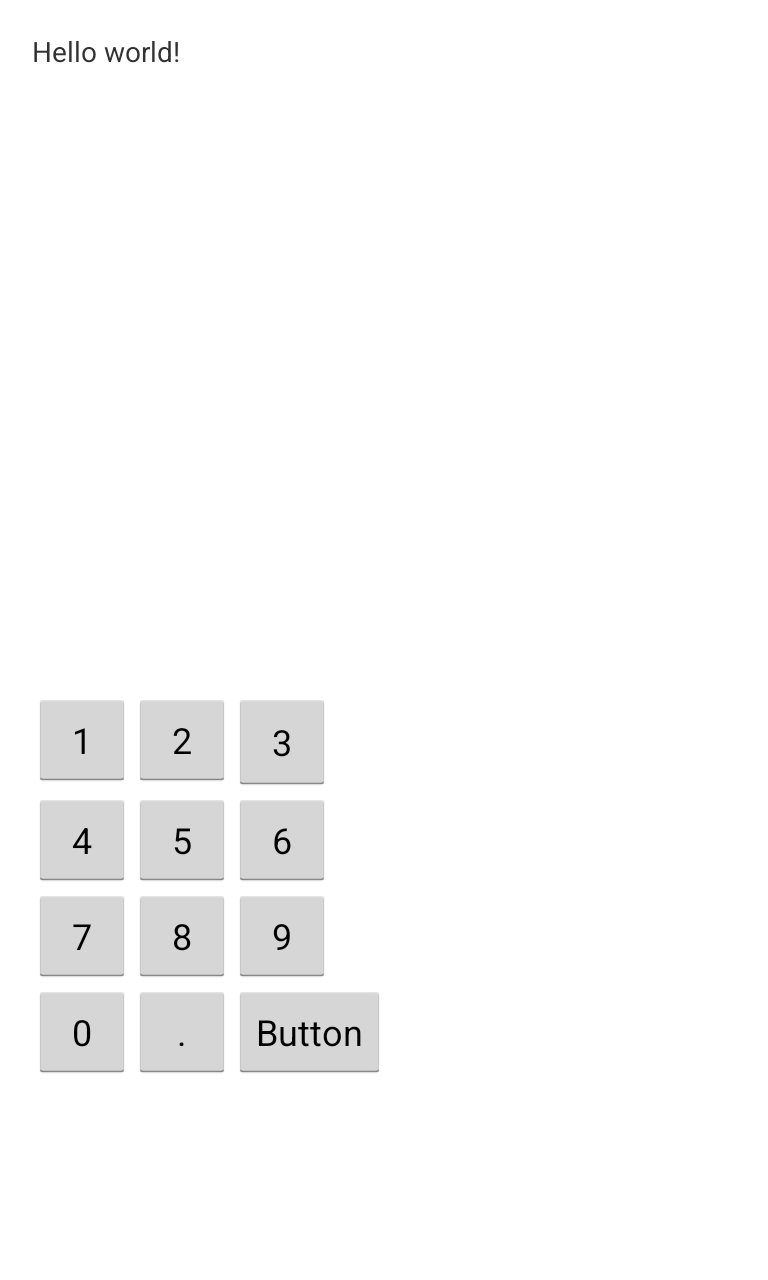
Repository: freelancer-dorian/exerciseAndroid
Layout: 05-20-UIBasic/Layout/res/layout/fragment_main.xml
The author's editor kept a copy of each file at every save. The layout is drawn from the files as they stood at one save, then again after a run of saves.
It is drawn on a 768 x 1280 px phone screen (xhdpi) without system bars, with theme AppTheme; the app's code is not run.

Above is the layout before, as saved 2014-05-22 07:34:22.

### 05-20-UIBasic/Layout/res/layout/fragment_main.xml
<RelativeLayout xmlns:android="http://schemas.android.com/apk/res/android"
    xmlns:tools="http://schemas.android.com/tools"
    android:layout_width="match_parent"
    android:layout_height="match_parent"
    android:paddingBottom="@dimen/activity_vertical_margin"
    android:paddingLeft="@dimen/activity_horizontal_margin"
    android:paddingRight="@dimen/activity_horizontal_margin"
    android:paddingTop="@dimen/activity_vertical_margin"
    tools:context="com.dorian.layout.MainActivity$PlaceholderFragment" >

    <TextView
        android:id="@+id/textView1"
        android:layout_width="wrap_content"
        android:layout_height="wrap_content"
        android:text="@string/hello_world" />

    <GridLayout
        android:id="@+id/gridLayout1"
        android:layout_width="wrap_content"
        android:layout_height="wrap_content"
        android:layout_alignLeft="@+id/textView1"
        android:layout_alignParentBottom="true"
        android:layout_marginBottom="84dp"
        android:columnCount="3"
        android:rowCount="4" >

        <Button
            android:id="@+id/Button01"
            android:layout_width="50dp"
            android:layout_height="match_parent"
            android:text="@string/number1_buttons" />

        <Button
            android:id="@+id/Button02"
            android:layout_width="50dp"
            android:layout_height="match_parent"
            android:text="@string/number2_buttons" />

        <Button
            android:id="@+id/Button04"
            android:layout_width="50dp"
            android:layout_height="match_parent"
            android:layout_column="0"
            android:layout_gravity="left|top"
            android:layout_row="1"
            android:text="@string/number4_buttons" />

        <Button
            android:id="@+id/Button03"
            android:layout_width="50dp"
            android:layout_height="match_parent"
            android:layout_column="2"
            android:layout_gravity="left|top"
            android:layout_row="0"
            android:height="50dp"
            android:text="@string/number3_buttons"
            android:width="50dp" />

        <Button
            android:id="@+id/Button07"
            android:layout_width="50dp"
            android:layout_height="match_parent"
            android:layout_column="0"
            android:layout_gravity="left|top"
            android:layout_row="2"
            android:text="@string/number7_buttons" />

        <Button
            android:id="@+id/Button05"
            android:layout_width="50dp"
            android:layout_height="match_parent"
            android:layout_column="1"
            android:layout_gravity="left|top"
            android:layout_row="1"
            android:text="@string/number5_buttons" />

        <Button
            android:id="@+id/Button06"
            android:layout_width="50dp"
            android:layout_height="match_parent"
            android:layout_column="2"
            android:layout_gravity="left|top"
            android:layout_row="1"
            android:text="@string/number6_buttons" />

        <Button
            android:id="@+id/Button08"
            android:layout_width="50dp"
            android:layout_height="match_parent"
            android:layout_column="1"
            android:layout_gravity="left|top"
            android:layout_row="2"
            android:text="@string/number8_buttons" />

        <Button
            android:id="@+id/Button09"
            android:layout_width="50dp"
            android:layout_height="match_parent"
            android:layout_column="2"
            android:layout_gravity="left|top"
            android:layout_row="2"
            android:text="@string/number9_buttons" />

        <Button
            android:id="@+id/Button00"
            android:layout_width="50dp"
            android:layout_height="match_parent"
            android:layout_column="0"
            android:layout_gravity="left|top"
            android:layout_row="3"
            android:text="@string/number0_buttons" />

        <Button
            android:id="@+id/ButtonDot"
            android:layout_width="50dp"
            android:layout_height="match_parent"
            android:layout_column="1"
            android:layout_gravity="left|top"
            android:layout_row="3"
            android:text="@string/dot_buttons" />

        <Button
            android:id="@+id/button1"
            android:layout_column="2"
            android:layout_gravity="left|top"
            android:layout_row="3"
            android:text="Button" />

    </GridLayout>

    <LinearLayout
        android:layout_width="wrap_content"
        android:layout_height="wrap_content"
        android:layout_alignTop="@+id/gridLayout1"
        android:layout_toRightOf="@+id/gridLayout1"
        android:orientation="vertical" >
    </LinearLayout>

</RelativeLayout>

### 05-20-UIBasic/Layout/res/values/strings.xml
<?xml version="1.0" encoding="utf-8"?>
<resources>

    <string name="app_name">Layout</string>
    <string name="hello_world">Hello world!</string>
    <string name="action_settings">Settings</string>

	<string name="number0_buttons">0</string>
    <string name="number1_buttons">1</string>
    <string name="number2_buttons">2</string>
    <string name="number3_buttons">3</string>
    <string name="number4_buttons">4</string>
    <string name="number5_buttons">5</string>
    <string name="number6_buttons">6</string>
    <string name="number7_buttons">7</string>
    <string name="number8_buttons">8</string>
    <string name="number9_buttons">9</string>
    <string name="dot_buttons">.</string>

</resources>

Loaded but not shown: 05-20-UIBasic/Layout/res/values/styles.xml (common file); 05-20-UIBasic/Layout/res/values-v11/styles.xml (common file); 05-20-UIBasic/Layout/res/values-v14/styles.xml (common file); 05-20-UIBasic/Layout/res/values/dimens.xml (common file); 05-20-UIBasic/Layout/res/values-w820dp/dimens.xml (common file)

After the next 2 saves:
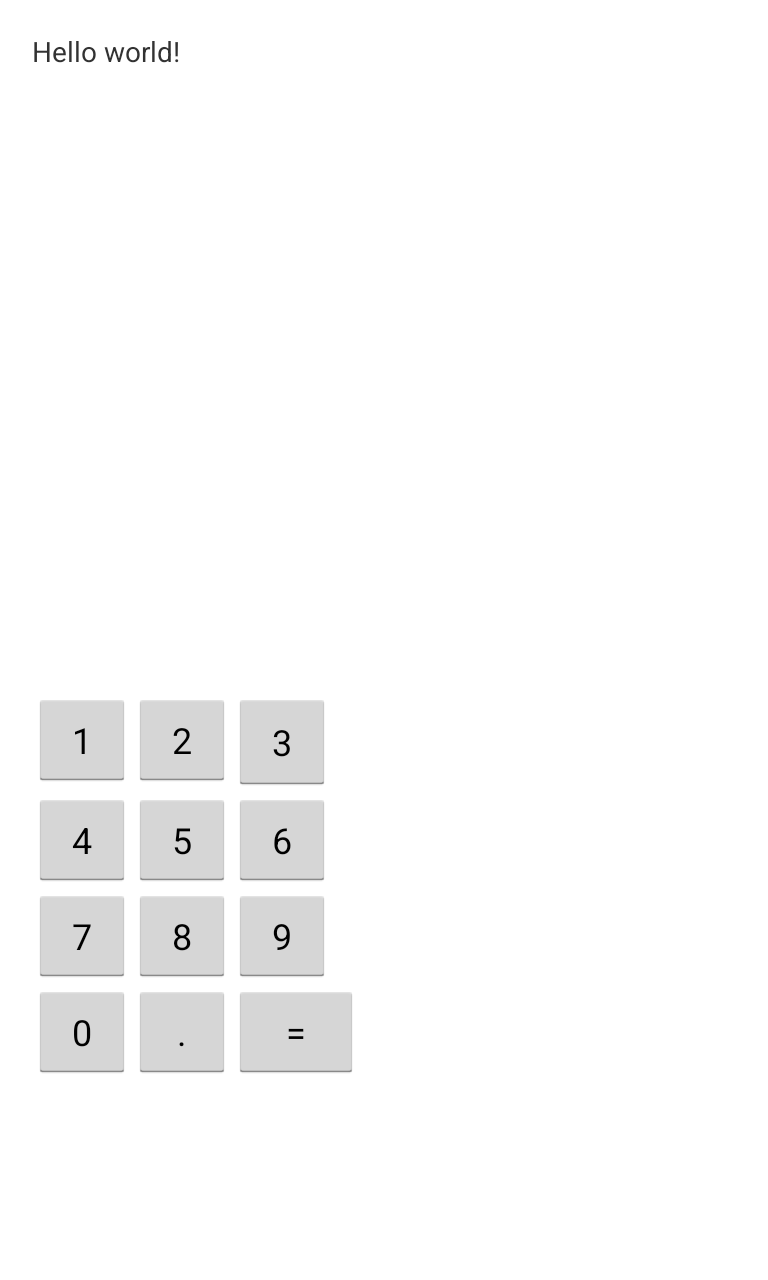
The 2 saves are shown as one change because 1 did not build or start.
The last was saved 53 s later.
--- a/05-20-UIBasic/Layout/res/layout/fragment_main.xml
+++ b/05-20-UIBasic/Layout/res/layout/fragment_main.xml
@@ -117,14 +117,14 @@
             android:layout_column="1"
             android:layout_gravity="left|top"
             android:layout_row="3"
-            android:text="@string/dot_buttons" />
+            android:text="@string/dot_button" />
 
         <Button
-            android:id="@+id/button1"
+            android:id="@+id/ButtonEqual"
             android:layout_column="2"
             android:layout_gravity="left|top"
             android:layout_row="3"
-            android:text="Button" />
+            android:text="@string/equal_button" />
 
     </GridLayout>
 
--- a/05-20-UIBasic/Layout/res/values/strings.xml
+++ b/05-20-UIBasic/Layout/res/values/strings.xml
@@ -15,6 +15,7 @@
     <string name="number7_buttons">7</string>
     <string name="number8_buttons">8</string>
     <string name="number9_buttons">9</string>
-    <string name="dot_buttons">.</string>
+    <string name="dot_button">.</string>
+    <string name="equal_button">=</string>
 
 </resources>
